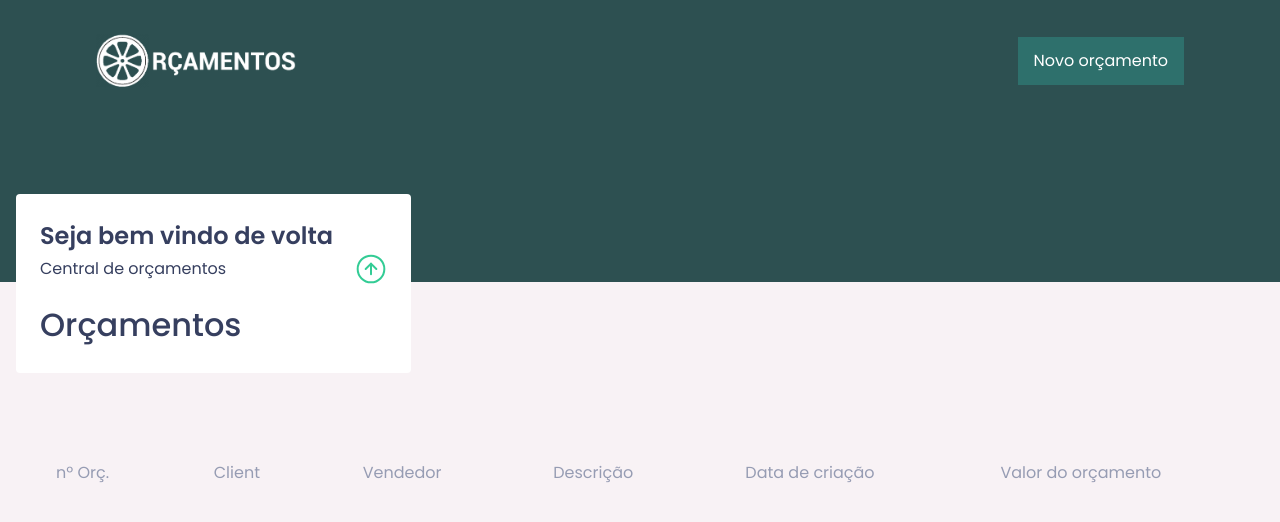
Repository: soualexandre/frentend-botOrcamentos
Page: /
These files come from the project's save history. The page is drawn as it stood at one moment and after the next save; the edit follows.
The browser window is 1280 px wide. The pictures show the whole page.
The page's requests for data from a server got no answer. The project was rebuilt for these pictures with package versions that can differ from the ones it lists, and the page was loaded fresh each time. No one was signed in, and anything a server would have sent is missing.

Above is the page before, as saved 2021-07-20 17:45:26.

After the next save:
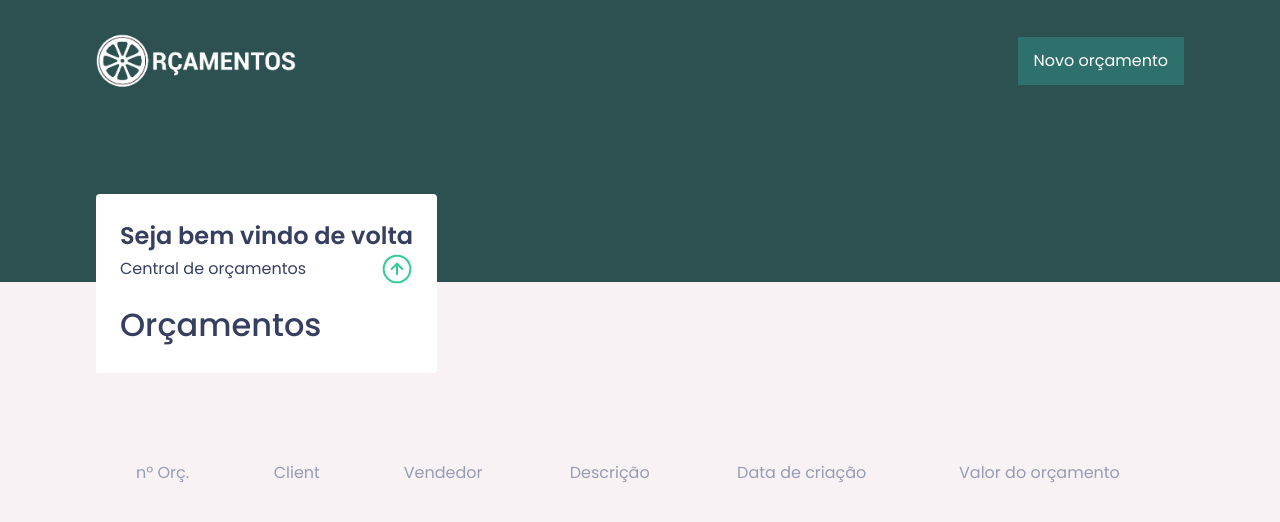
Saved 22 s later.
--- a/src/components/Dashboard/styles.ts
+++ b/src/components/Dashboard/styles.ts
@@ -1,7 +1,7 @@
 import styled from 'styled-components'
 
 export const Container = styled.header`
-    max-width: 100%;
+    max-width: 1120PX;
     margin:0 auto;
     padding: 4.5rem 1rem;
 `;
